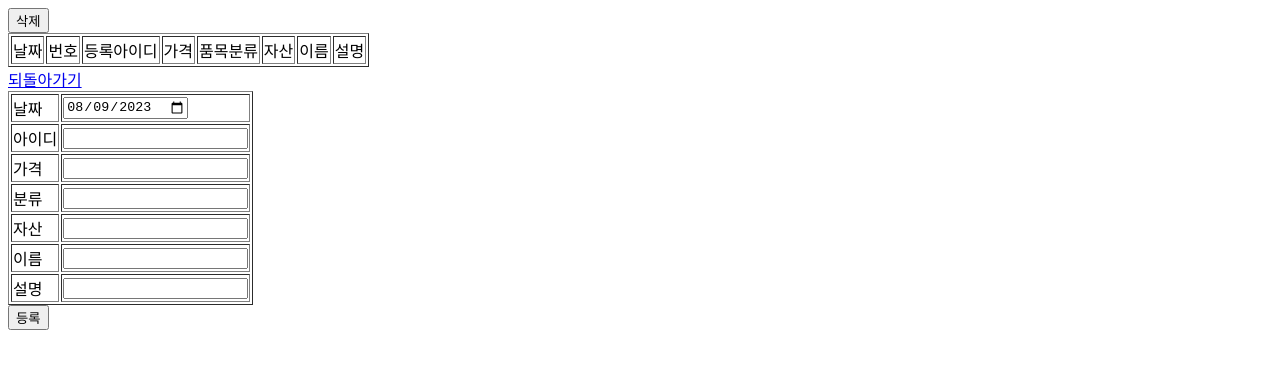
Repository: hdk8572/kh_MoneyManager
Page: http://localhost/Semi_backup/user/main
An editor plug-in stored every save of this project. The page is shown before and after the next save, followed by the edit.
The browser window is 1280 px wide. The pictures show the whole page.
The page is served by Tomcat 9. Queries for data that is not in the repository find no rows.

Above is the page before, as saved 2023-08-10 08:02:36.

After the next save:
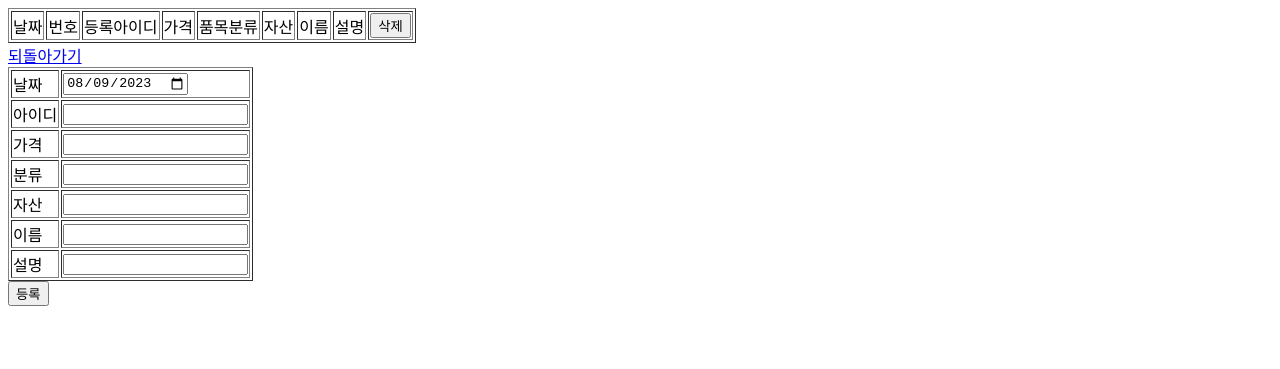
Saved 30 s later.
--- a/Semi_backup/src/main/webapp/WEB-INF/user/main.jsp
+++ b/Semi_backup/src/main/webapp/WEB-INF/user/main.jsp
@@ -20,7 +20,7 @@
 				<td>자산</td>
 				<td>이름</td>
 				<td>설명</td>
-				<button type="button">삭제</button>
+				<td><button type="button">삭제</button></td>
 			</tr>
 			<c:forEach items="${ulist}" var="ul">
 			<tr>
